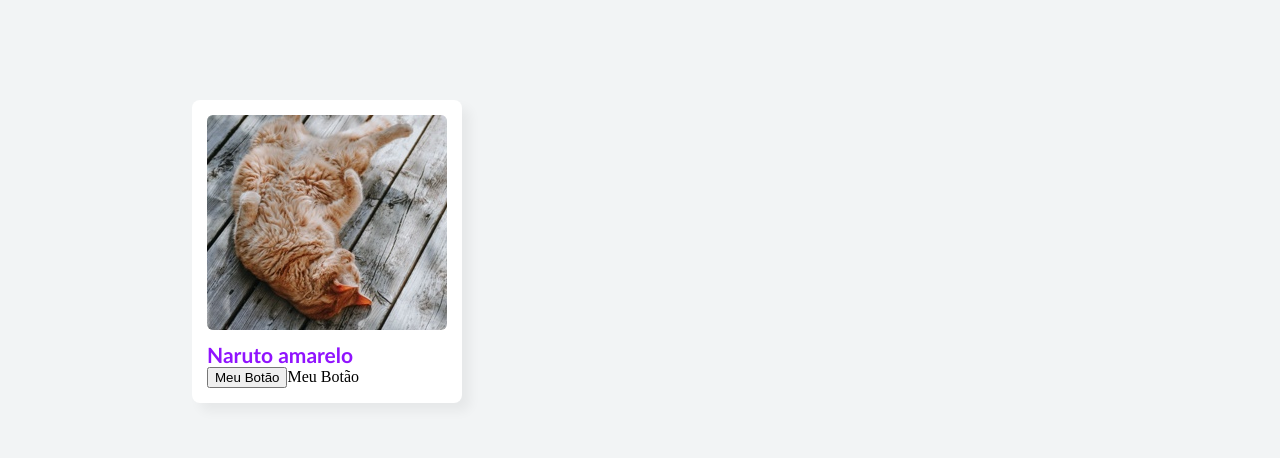
Repository: alessandradiamantino/Curso-Front-End-Design
Page: 1 - Introdução ao HTML e CSS/2 - Exercício CSS/01/codesignerspro-arquivos-exercicio-css-02/codesignerspro-arquivos-exercicio-css-02/index.html
The author's editor kept a copy of each file at every save. The page is drawn from the files as they stood at one save, then again after the next save.
The browser window is 1280 px wide. The pictures show the whole page.

Above is the page before, as saved 2021-07-28 11:44:15.

### 1 - Introdução ao HTML e CSS/2 - Exercício CSS/01/codesignerspro-arquivos-exercicio-css-02/codesignerspro-arquivos-exercicio-css-02/index.html
<!DOCTYPE html>
<html lang="pt-br">

<head>
  <meta charset="UTF-8">
  <meta name="viewport" content="width=device-width, initial-scale=1.0">
  <meta http-equiv="X-UA-Compatible" content="ie=edge">
  <title>Exercício CSS 02</title>
  <link rel="stylesheet" type="text/css" href="css/style.css" />
</head>

<body>
  <main>
  <div class="card-container">
    <div class="card">
      <img src="images/gato-01.jpg"
        alt="gato deitado"
        title="gatinho"
        class="card-image"
      />
      <div class="card-body">
        <h1>Naruto amarelo</h1>
    </div>
    <div class="card-footer">
      <button>Meu Botão</button>
      <a>Meu Botão</a>
    </div>
  </div>
</div>
  </main>
</body>

</html>

### 1 - Introdução ao HTML e CSS/2 - Exercício CSS/01/codesignerspro-arquivos-exercicio-css-02/codesignerspro-arquivos-exercicio-css-02/css/style.css
body{
  background-color: #f2f4f5;
  margin: 0;
}
main {
  width: 70%;
  display: table;
  margin: 100px auto 0 auto;
}
.card-container {
  width: 270px;
  display: table;
}

.card {
  width: 100%;
  display: table;
  background-color: #fff;
  border-radius: 8px;
  box-shadow: 8px 8px 12px rgba(0, 0, 0, 0.05);
  padding: 15px;
  box-sizing: border-box;
}

.card .card-image {
  width: 100%;
  max-width: 100%;
  height: auto;
  border-radius: 6px;
  display: block;
}

.card .card-body {
  width: 100%;
  display: table;
  margin-top: 13px;
}

.card .card-body h1 {
  font-family:'Gill Sans', 'Gill Sans MT', Calibri, 'Trebuchet MS', sans-serif;
  font-size: 21px;
  font-weight: 800;
  line-height: 24px;
  color: #9013fe;
  margin: 0;
}

.card .card-footer {
  width: 100%;
  display: table;
}

After the next save:
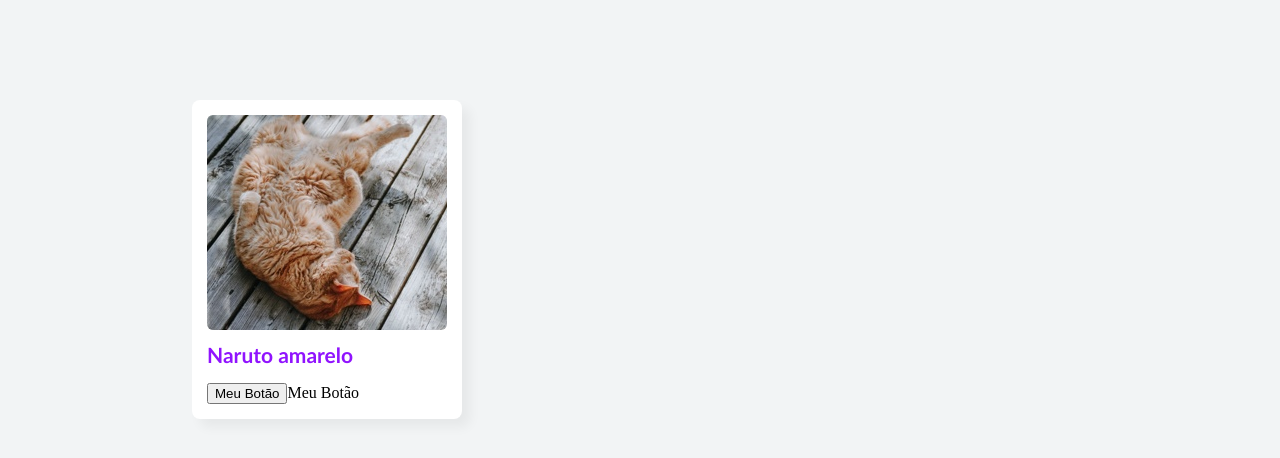
Saved 11 s later.
--- a/1 - Introdução ao HTML e CSS/2 - Exercício CSS/01/codesignerspro-arquivos-exercicio-css-02/codesignerspro-arquivos-exercicio-css-02/index.html
+++ b/1 - Introdução ao HTML e CSS/2 - Exercício CSS/01/codesignerspro-arquivos-exercicio-css-02/codesignerspro-arquivos-exercicio-css-02/index.html
@@ -22,7 +22,7 @@
         <h1>Naruto amarelo</h1>
     </div>
     <div class="card-footer">
-      <button>Meu Botão</button>
+      <p></p><button>Meu Botão</button>
       <a>Meu Botão</a>
     </div>
   </div>

After the save that followed:
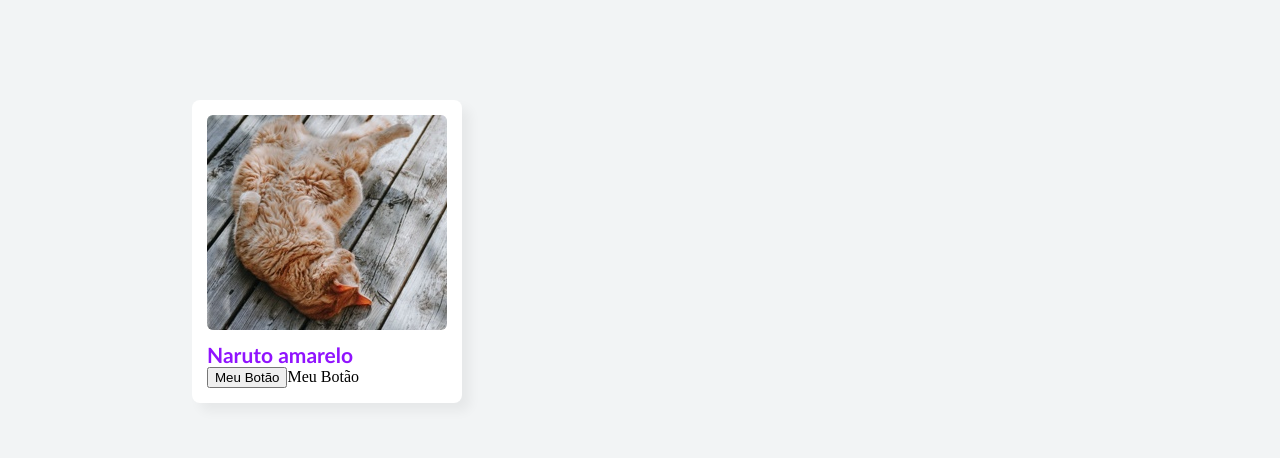
Saved 7 s later.
--- a/1 - Introdução ao HTML e CSS/2 - Exercício CSS/01/codesignerspro-arquivos-exercicio-css-02/codesignerspro-arquivos-exercicio-css-02/index.html
+++ b/1 - Introdução ao HTML e CSS/2 - Exercício CSS/01/codesignerspro-arquivos-exercicio-css-02/codesignerspro-arquivos-exercicio-css-02/index.html
@@ -22,7 +22,7 @@
         <h1>Naruto amarelo</h1>
     </div>
     <div class="card-footer">
-      <p></p><button>Meu Botão</button>
+      <button>Meu Botão</button>
       <a>Meu Botão</a>
     </div>
   </div>
